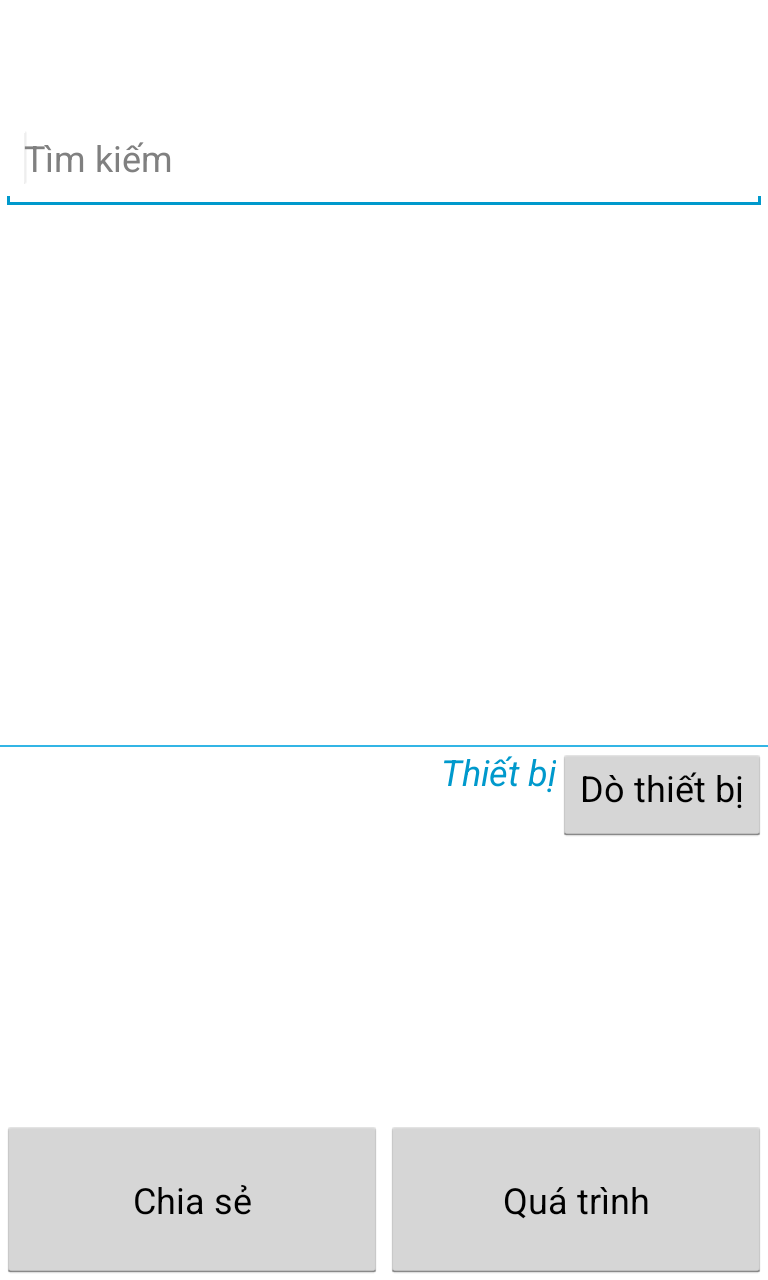
Repository: thinhnk55/android-appshare
Layout: ShareApp/res/layout/activity_main.xml
These files come from the project's save history. The layout is drawn as it stood at one moment and after the next save; the edit follows.
It is drawn on a 768 x 1280 px phone screen (xhdpi) without system bars, with theme AppTheme; the app's code is not run.

Above is the layout before, as saved 2014-07-17 15:42:49.

After the next save:
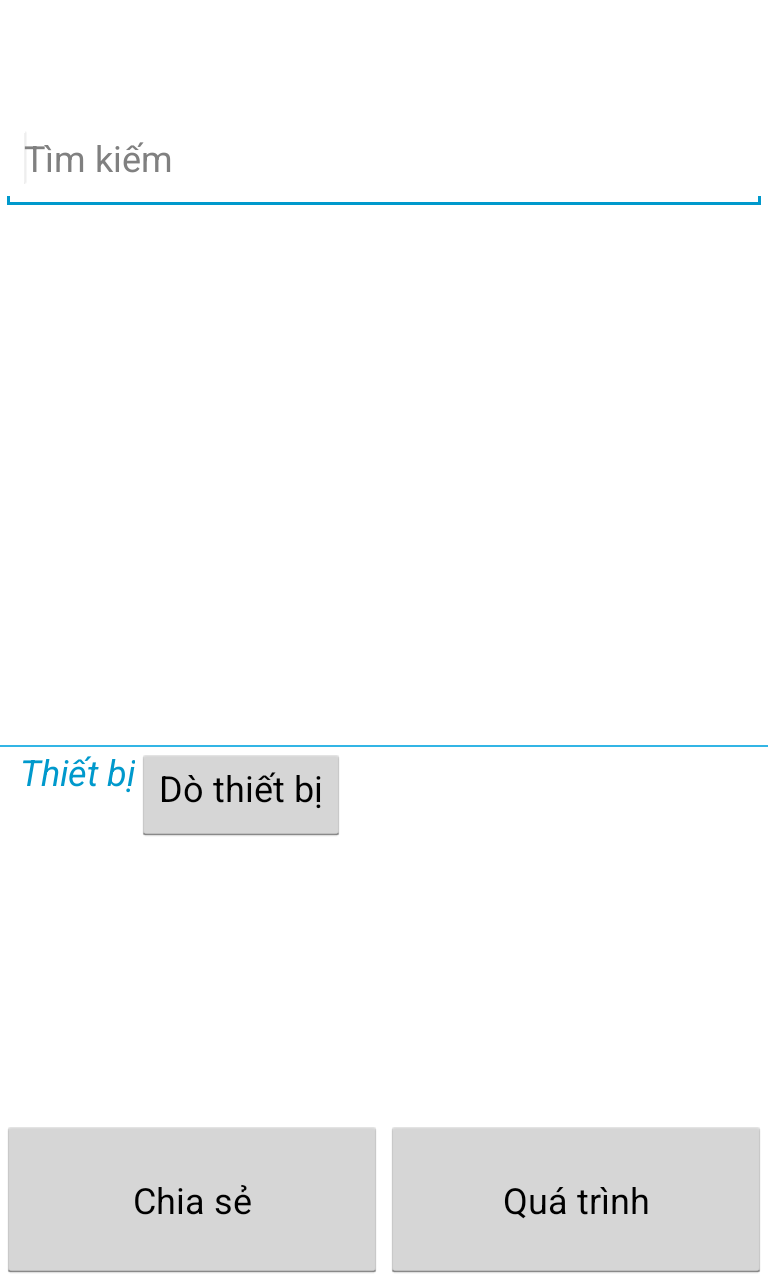
Saved 16 s later.
--- a/ShareApp/res/layout/activity_main.xml
+++ b/ShareApp/res/layout/activity_main.xml
@@ -53,7 +53,7 @@
                 android:layout_width="match_parent"
                 android:layout_height="0dp"
                 android:layout_weight="10"
-                android:gravity="right" >
+                android:gravity="fill_vertical" >
 
                 <TextView
                     android:id="@+id/textView1"
